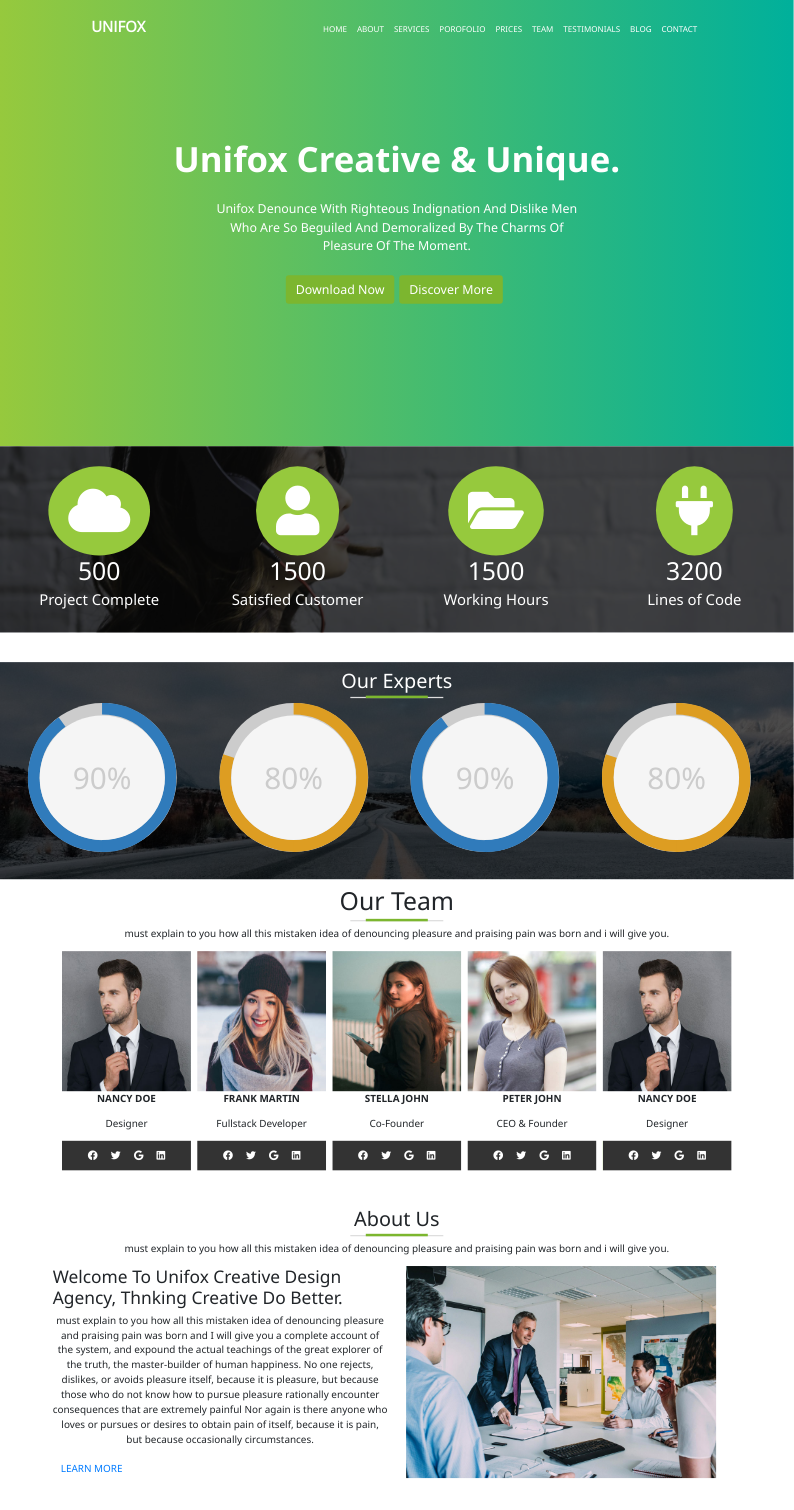
Repository: ibrkhalil/Uniforce-First-Attempt
Page: index.html
The author's editor kept a copy of each file at every save. The page is drawn from the files as they stood at one save, then again after the next save.
The browser window is 1280 px wide. The pictures show the whole page, at 62% of full size.
Backgrounds fixed to the window are drawn as part of the page.

Above is the page before, as saved 2021-01-24 02:31:19.

After the next save:
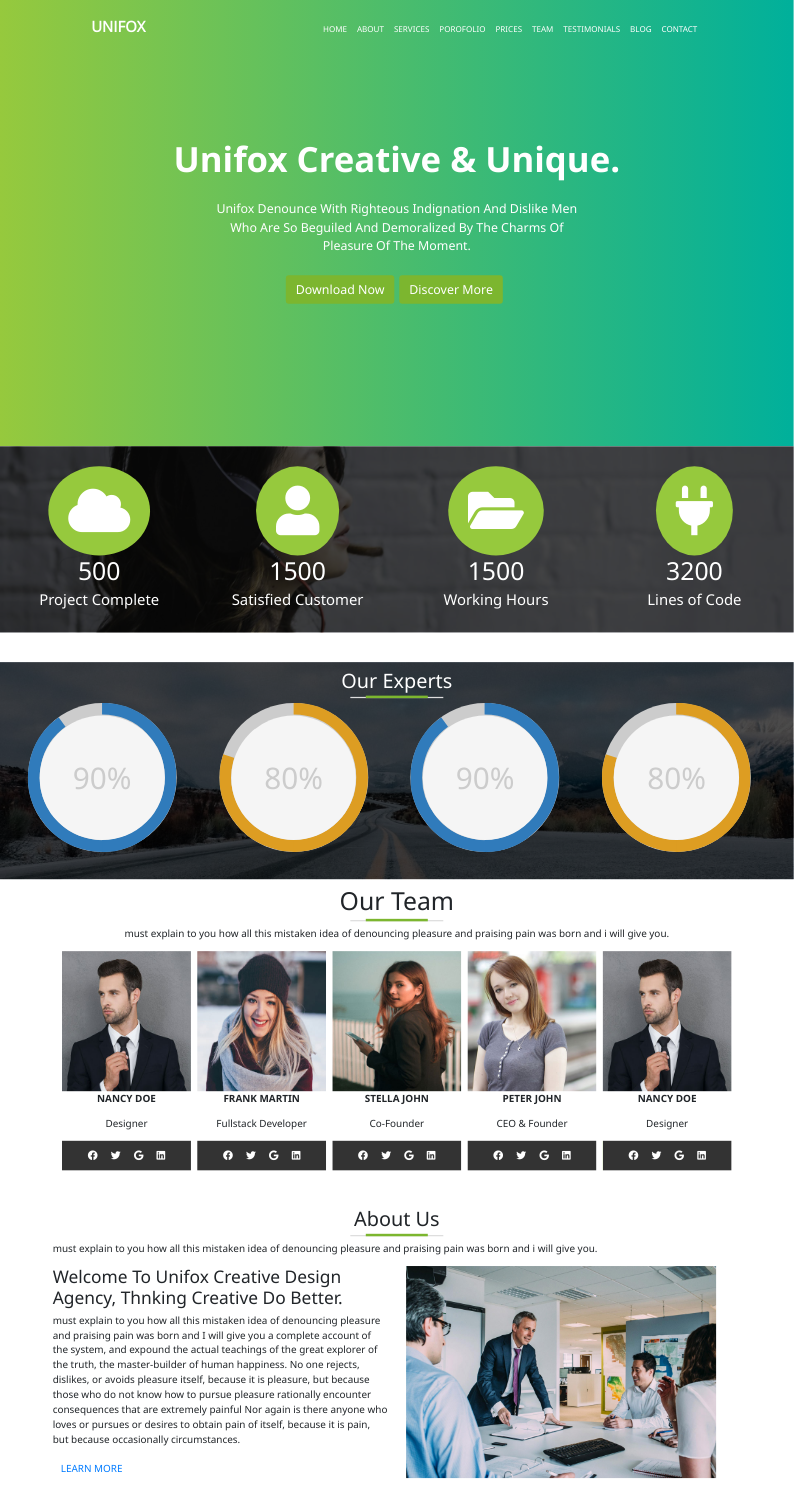
Saved 6 s later.
--- a/style.css
+++ b/style.css
@@ -302,7 +302,7 @@ font-weight: 400;
 .social-media-icons i{
     cursor: pointer;
 }
-.about-section p:first-of-type{
+.about-section p:first-of{
     text-align: center;
 }
 /* .social-media-icons::before{
